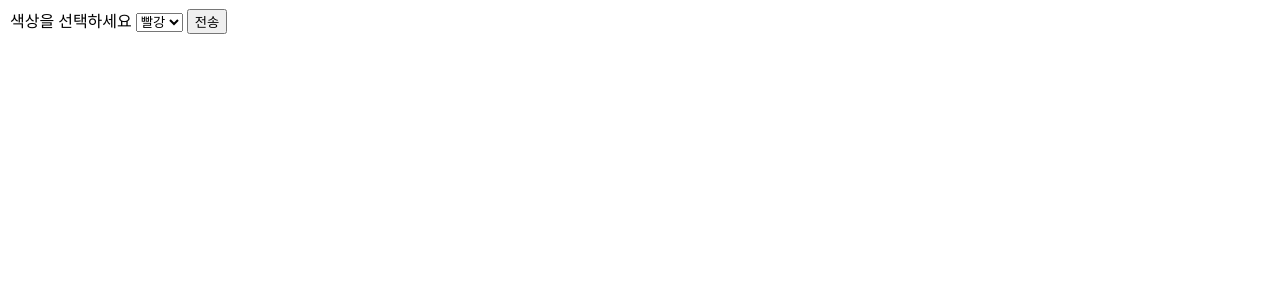
Repository: UnibusK/Java-Study
Page: http://localhost/JSP30/
These files come from the project's save history. The page is drawn as it stood at one moment and after the next save; the edit follows.
The browser window is 1280 px wide. The pictures show the whole page.
The page is served by Tomcat 9.

Above is the page before, as saved 2023-12-07 04:39:59.

### JSP/JSP30/src/main/webapp/index.jsp
<%@ page language="java" contentType="text/html; charset=UTF-8"
    pageEncoding="UTF-8"%>
<!DOCTYPE html>
<html>
	<head>
		<meta charset="UTF-8">
		<title>JSTL if문</title>
	</head>
	<body>
		<div id="warp">
		<legend>
			<form method="get" action="select.jsp">
				색상을 선택하세요
				<select name="color">
					<option value="1">빨강</option>
					<option value="2">주황</option>
					<option value="3">노랑</option>
					<option value="4">초록</option>
					<option value="5">파랑</option>
					<option value="6">남색</option>
					<option value="7">보라</option>
				</select>
				<input type="submit" value="전송">
			</form>
			</legend>
		</div>

	</body>
</html>

After the next save:
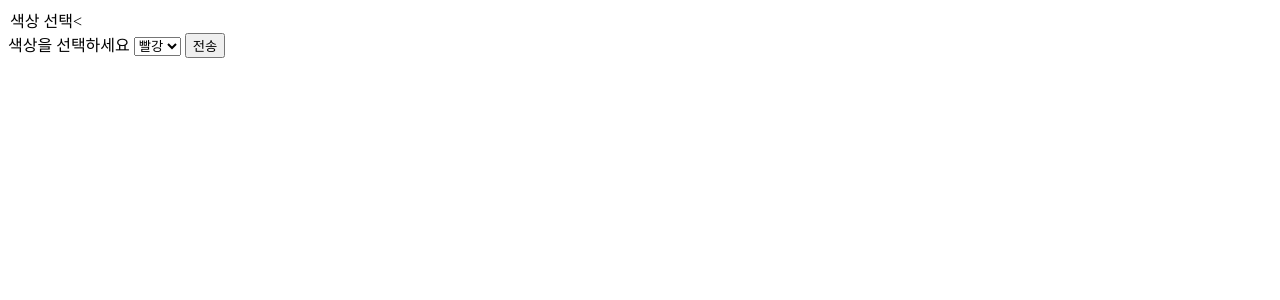
Saved 40 s later.
--- a/JSP/JSP30/src/main/webapp/index.jsp
+++ b/JSP/JSP30/src/main/webapp/index.jsp
@@ -8,21 +8,22 @@
 	</head>
 	<body>
 		<div id="warp">
-		<legend>
-			<form method="get" action="select.jsp">
-				색상을 선택하세요
-				<select name="color">
-					<option value="1">빨강</option>
-					<option value="2">주황</option>
-					<option value="3">노랑</option>
-					<option value="4">초록</option>
-					<option value="5">파랑</option>
-					<option value="6">남색</option>
-					<option value="7">보라</option>
-				</select>
-				<input type="submit" value="전송">
-			</form>
-			</legend>
+			<field>
+			<legend>색상 선택<</legend>
+				<form method="get" action="select.jsp">
+					색상을 선택하세요
+					<select name="color">
+						<option value="1">빨강</option>
+						<option value="2">주황</option>
+						<option value="3">노랑</option>
+						<option value="4">초록</option>
+						<option value="5">파랑</option>
+						<option value="6">남색</option>
+						<option value="7">보라</option>
+					</select>
+					<input type="submit" value="전송">
+				</form>
+			</field>
 		</div>
 
 	</body>
